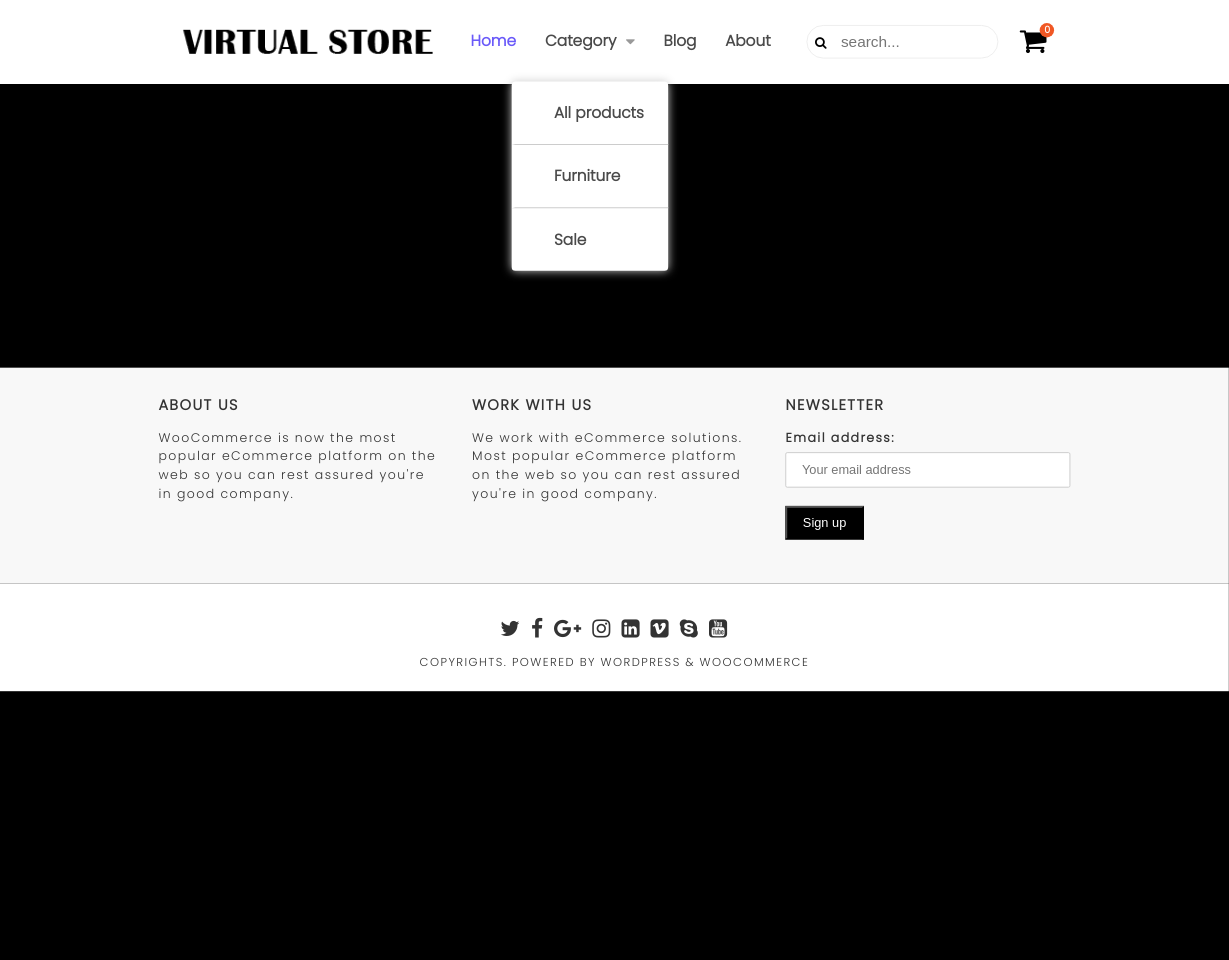
Repository: dungle03/tke_web_nhom_15
Page: index.html
These files come from the project's save history. The page is drawn as it stood at one moment and after the next save; the edit follows.
The browser window is 1280 px wide. The pictures show the whole page, at 96% of full size.

Above is the page before, as saved 2022-09-14 00:20:29.
Not found: resest.css

### index.html
<!DOCTYPE html>
<html lang="en">
<head>
    <meta charset="UTF-8">
    <meta http-equiv="X-UA-Compatible" content="IE=edge">
    <meta name="viewport" content="width=device-width, initial-scale=1.0">
    <title>Home</title>
    <link
    rel="stylesheet"
    href="https://cdnjs.cloudflare.com/ajax/libs/font-awesome/4.7.0/css/font-awesome.min.css"
    integrity="sha512-SfTiTlX6kk+qitfevl/7LibUOeJWlt9rbyDn92a1DqWOw9vWG2MFoays0sgObmWazO5BQPiFucnnEAjpAB+/Sw=="
    crossorigin="anonymous"
  />
  <link href="https://fonts.googleapis.com/css2?family=Poppins:wght@300&display=swap" rel="stylesheet">
    <link rel="stylesheet" href="./resest.css">
    <link rel="stylesheet" href="./CSS/header.css">
    <link rel="stylesheet"  href="./CSS/footer.css">
</head>
<body>
    <div class="main-header">
        <div class="header" id="head">
            <div class="logo">
                <a href="#head">
                    <img src="./IMG/IMG_LOGO/logo.png" alt="img">
                </a>
            </div>
            <ul class="navi">
                <li class="item active"><a href="#" class="home">Home</a>
                </li>
                <li class="item category-more"><a href="#" class="category">Category</a>
                    <i class="fa fa-caret-down dropdow_caret"></i>
                    <div class="dropdow">
                        <ul class="dropdow-list">
                            <li  class="dropdow-item"><a class="dropdow-effect" href="#"><span>
                                All products
                            </span></a></li>
                            <li class="dropdow-item"><a  class="dropdow-effect"href="#"><span>
                                Furniture
                            </span></a></li>
                            <li class="dropdow-item"><a class="dropdow-effect" href="#"><span>
                                Sale
                            </span></a></li>
                        </ul>
                    </div>
                </li>
                <li class="item"><a href="#" class="blog">Blog</a>
                </li>
                <li class="item"><a href="#" class="about">About</a>
                </li>
            </ul>
            <div class="wrap-search">
                <i class="fa fa-search icon-search"></i>
                <input type="text" class="input-search" placeholder="search...">
            </div>
            <div class="wrap-incon-cart">
                <i class="fa fa-shopping-cart icon-cart"></i>
            </div>
        </div>
    </div>
    <!-- /////////////////////////////////////// -->
        <div class="footer">
            <div class="main-foot">
                <div class="container">
                    <div class="foot-col">
                        <h3 class="footer-title">ABOUT US</h3>
                        <div class="textwidget">WooCommerce is now the most popular eCommerce platform on the web so you can rest assured you're in good company.</div>
                    </div>
                    <div class="foot-col">
                        <h3 class="footer-title">WORK WITH US</h3>
                        <div class="textwidget">We work with eCommerce solutions. Most popular eCommerce platform on the web so you can rest assured you're in good company.</div>
                    </div>
                    <div class="foot-col">
                        <h3 class="footer-title">NEWSLETTER</h3>
                        <form class="newsletter">
                            <p>
                                <label for="EMAIL" class="label-email">Email address:</label>
                                <input type="email" class="input-email" name="EMAIL" placeholder="Your email address" required="">
                            </p>
                            <p>
                                <input type="submit" class="btn-submit" value="Sign up">
                            </p>
                        </form>
                    </div>
                </div>
            </div>
            <div class="bottom-foot">
                <div class="container">
                    <div class="foot-socials">
                        <ul>
                            <li><a href=""></a><i class="fa fa-twitter"></i></li>
                            <li><a href=""></a><i class="fa fa-facebook"></i></li>
                            <li><a href=""></a><i class="fa fa-google-plus"></i></li>
                            <li><a href=""></a><i class="fa fa-instagram"></i></li>
                            <li><a href=""></a><i class="fa fa-linkedin-square"></i></li>
                            <li><a href=""></a><i class="fa fa-vimeo-square"></i></li>
                            <li><a href=""></a><i class="fa fa-skype"></i></li>
                            <li><a href=""></a><i class="fa fa-youtube-square"></i></li>
                        </ul>
                        <p class="credits">Copyrights. Powered by WordPress & WooCommerce</p>
                    </div>
                </div>
            </div>
        </div>
    </body>
    </html>

### CSS/header.css
html {
    font-family: "Poppins", sans-serif;
    box-sizing: border-box;
    font-size: 62.5%;
    color: black;
  }
  * {
    margin: 0;
    padding: 0;
  }
  *,
  *:before,
  *:after {
    box-sizing: border-box;
  }
  input,
  textarea,
  select,
  button {
    outline: none;
  }
  input {
    line-height: normal;
  }
  label,
  button {
    cursor: pointer;
  }
  a {
    text-decoration: none;
  }
  img {
    display: block;
    max-width: 100%;
  }
  body{
    height: 1000px;
    background-color: black;

  }
/* /////////// HEADER  /////////// */
.main-header{
  width: 100%;
  position: fixed;
  top: 0;
  left: 0;
  background-color: white;
  z-index: 100;
}
.header{
    width: 100%;
    padding:0 190px ;
    display: flex;
    align-items: center;
    justify-content: space-between;
}
  .logo{

}
.navi{
    display: flex;
    width: max-content;
}
.navi  a{
  color: #4a4a4a;;
}
.navi .item{
  list-style-type: none;
    /* width: max-content; */
    white-space: nowrap;
    padding:  30px 15px;
    cursor: pointer;
    color: #999;
    font-weight: 600;
    flex: 1;
    display: flex;
    align-items: center;
    justify-content: center;
    border-radius: inherit;
    border-bottom: 2px solid white;
}

.wrap-search{
  position: relative;
}
.icon-search{
  position: absolute;
  top: 50%;
  left: 15px;
  transform: translate(-50%,-50%);
  font-size: 13px;
}
.input-search{
  width: 200px;
  height: 35px;
  padding-left: 35px;
  border-radius: 20px;
  border: 1px solid #eee;
  font-size: 16px;
}
.wrap-incon-cart{
  width: max-content;
  position: relative;
}
.icon-cart{
  font-size: 30px;
}
.wrap-incon-cart::before{
  content: "0";
  display: flex;
  justify-content: center;
  align-items: center;
  position: absolute;
  font-weight:600 ;
  color: white;
  font-size: 10px;
  width: 15px;
  height: 15px;
  border-radius: 15px;
  background-color: #f05724;
  z-index: 100;
  top: -10%;
  right: -30%;
}
.navi .item.active a{
  color: #6a5af9;
}

.navi .item:not(:nth-child(2)):hover{
    color: #6a5af9;
  border-bottom-color: currentColor;
}

.category-more{
  position: relative;
}

.dropdow{
  position: absolute;
  top: 100%;
  background-color: white;
  border-radius: 4px;
  box-shadow: 0 0 10px #ccc;
}

.dropdow-list{
}

.dropdow_caret{
  margin-left: 10px;
}
.dropdow-item{
  padding: 20px 25px 20px 40px;
  transition: all 0.2s linear;
  border-left: 4px solid transparent;
}
.dropdow-item:not(:last-child){
  border-bottom: 1px solid #ccc;
}
.dropdow-item:hover{
  border-left-color: #6a5af9;
}
.dropdow-item:hover span{
  color: #6a5af9;

}


/* FORTER */
.footer{
  position: absolute  ;
  bottom: 0px;
  /* margin-bottom: auto; */
}
.main-foot{
  background-color:
#f8f8f8;
background-position:
0px 0px;
color:#333333;
font-size:13px;
letter-spacing:1.5px;
line-height:19.6px;
padding:15px 0px 28px 0px;
}

.main-foot .container{
  display: flex;
  padding: 0 150px;
}

.main-foot .container .foot-col{
  display: inline-block;
  width: calc(100% / 3);
  padding:
0px 15px;
}


.main-foot .container .foot-col:first-child, .foot-col:nth-child(2){
  color:
#333333;
letter-spacing:
1.5px;
line-height:
19.6px;
padding:
0px 15px;
}
.footer-title{
  margin: 14px 0;
}

.newsletter{
  color:
#333333;
font-size:
13px;
letter-spacing:
1.5px;
line-height:
19.6px;
}
.label-email{
  font-weight: 700;
  margin-bottom: 6px;
  display: block;
}
.input-email{
  width: 100%;
  background-color:
#ffffff;
background-position:
0px 0px;
border-color:
#cccccc;
border-radius:
2px;
border-style:
solid;
border-width:
1px;
color:
#555555;
font-family:
Arial;
font-size:
13.3333px;
line-height:
19.0476px;
margin:
0px 0px 5px;
padding:
8px 16px;
}
.btn-submit{
  margin: 14px 0px 18px 0px;
  display: inline-block;
  padding: 8px 16px;
  background-color: black;
  color: white;
}

/* /////// */
.bottom-foot{
  background-color:
#ffffff;
background-position:
0px 0px;
color:
#333333;
font-size:
14px;
letter-spacing:
1.5px;
line-height:
19.6px;
padding:
20px 0px;
text-align:
center;
text-transform:
uppercase;
}
li{

  list-style-type: none;
}
.bottom-foot .container{
  margin: 0 auto;
    width: 1180px;
}
.foot-socials ul{
  display: flex;
  width: max-content;
  margin: 15px auto;
}
.foot-socials ul li {
  font-size: 22px;
  margin: 0 5px;
}
.credits{
  font-size: 12px;
}

### CSS/footer.css
html {
    font-family: "Poppins", sans-serif;
    box-sizing: border-box;
    font-size: 16px;

  }
  * {
    margin: 0;
    padding: 0;
  }
  *,
  *:before,
  *:after {
    box-sizing: border-box;
  }
  input,
  textarea,
  select,
  button {
    outline: none;
  }
  input {
    line-height: normal;
  }
  label,
  button {
    cursor: pointer;
  }
  a {
    text-decoration: none;
  }
  img {
    display: block;
    max-width: 100%;
  }

After the next save:
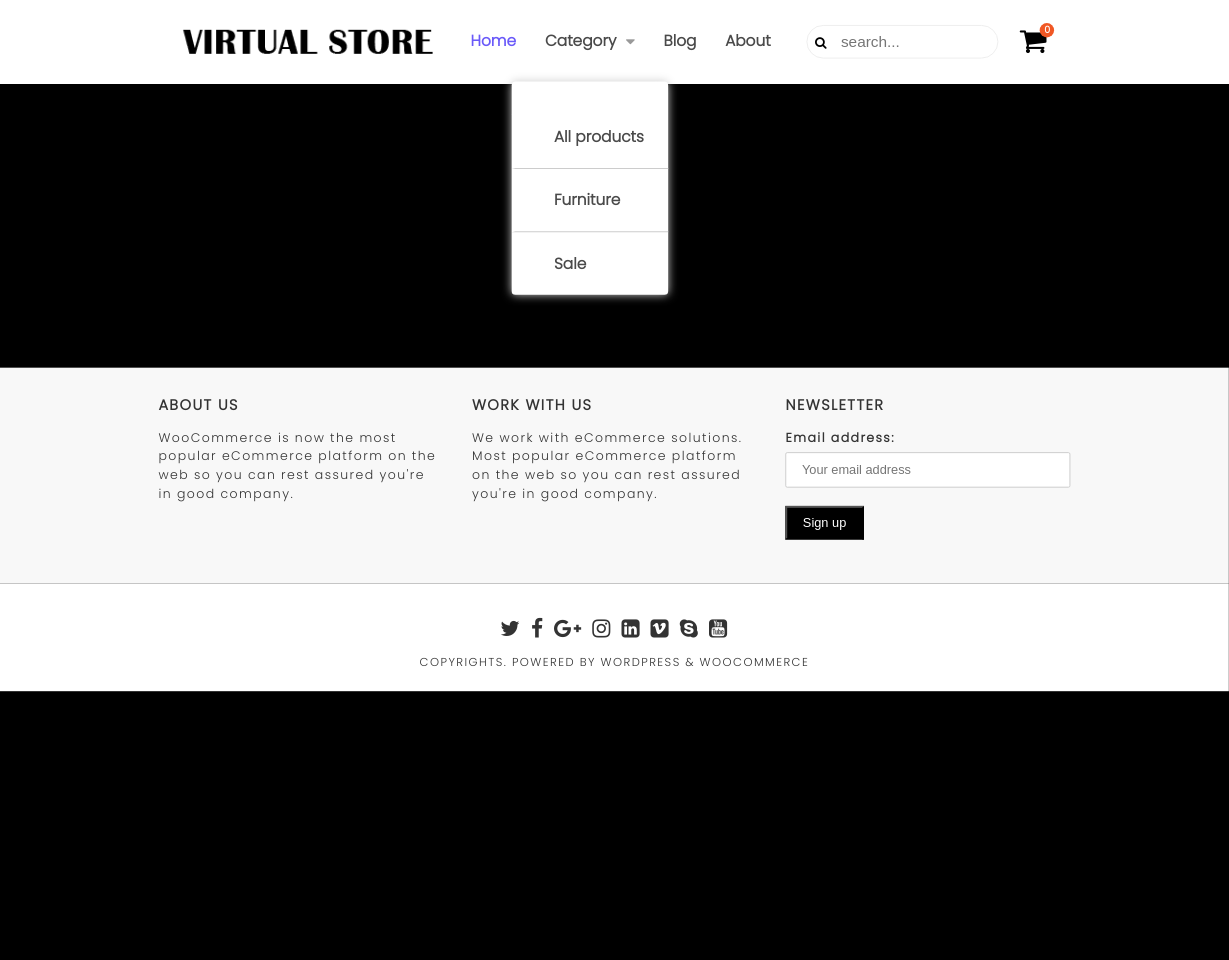
Saved 2 min 29 s later.
--- a/CSS/header.css
+++ b/CSS/header.css
@@ -142,8 +142,14 @@
   border-radius: 4px;
   box-shadow: 0 0 10px #ccc;
 }
-
-.dropdow-list{
+.dropdow::before{
+  content: "";
+  width: 0;
+  height: 0;
+  border-left: 10px solid transparent;
+  border-bottom: 10px solid white;
+  border-right: 10px solid transparent;
+
 }
 
 .dropdow_caret{

After the 2 saves that followed:
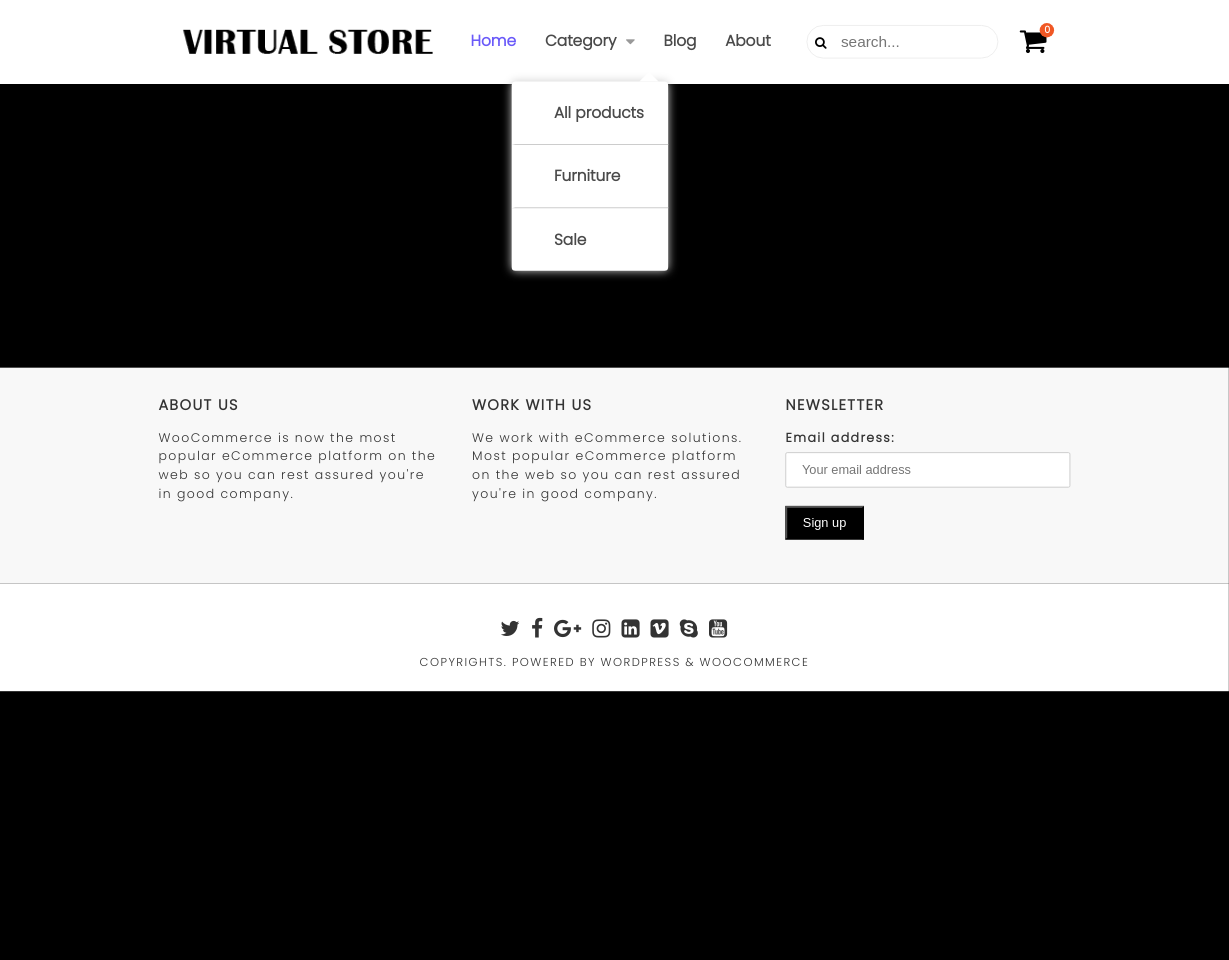
The 2 saves are shown as one change because 1 left the picture as it was.
The last was saved 61 s later.
--- a/CSS/header.css
+++ b/CSS/header.css
@@ -143,13 +143,16 @@
   box-shadow: 0 0 10px #ccc;
 }
 .dropdow::before{
+  position: absolute;
   content: "";
   width: 0;
   height: 0;
   border-left: 10px solid transparent;
   border-bottom: 10px solid white;
   border-right: 10px solid transparent;
-
+  top: 0;
+  right: 10px;
+  transform: translateY(-100%);
 }
 
 .dropdow_caret{
